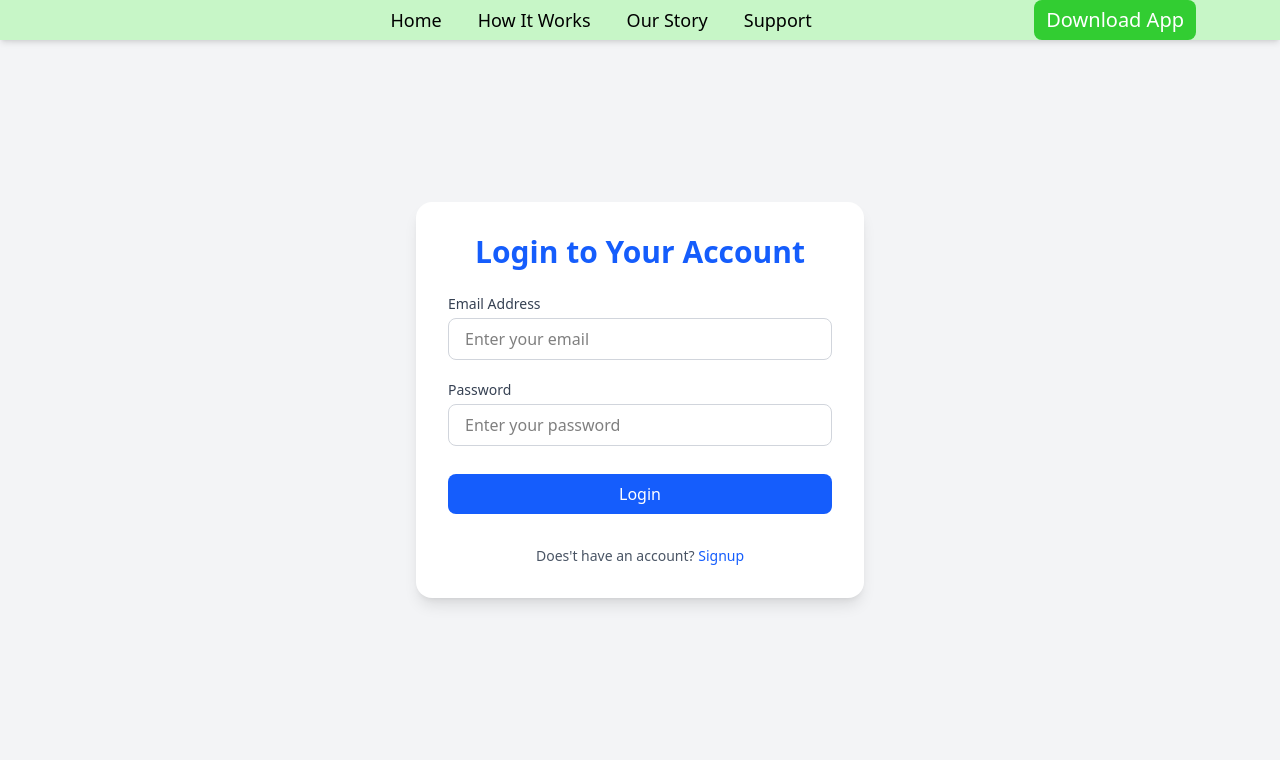
Repository: rushikesh-kolpe21/GigFlow
Page: / (app in frontend/)
The author's editor kept a copy of each file at every save. The page is drawn from the files as they stood at one save, then again after the next save.
The browser window is 1280 px wide. The pictures show the whole page.
The project was rebuilt for these pictures with package versions that can differ from the ones it lists, and the page was loaded fresh each time. Also part of the build but not shown: frontend/src/Landing/Auth/Signup.jsx, frontend/src/Landing/Home/LoggedIn.jsx.

Above is the page before, as saved 2026-01-12 07:27:49.

After the next save:
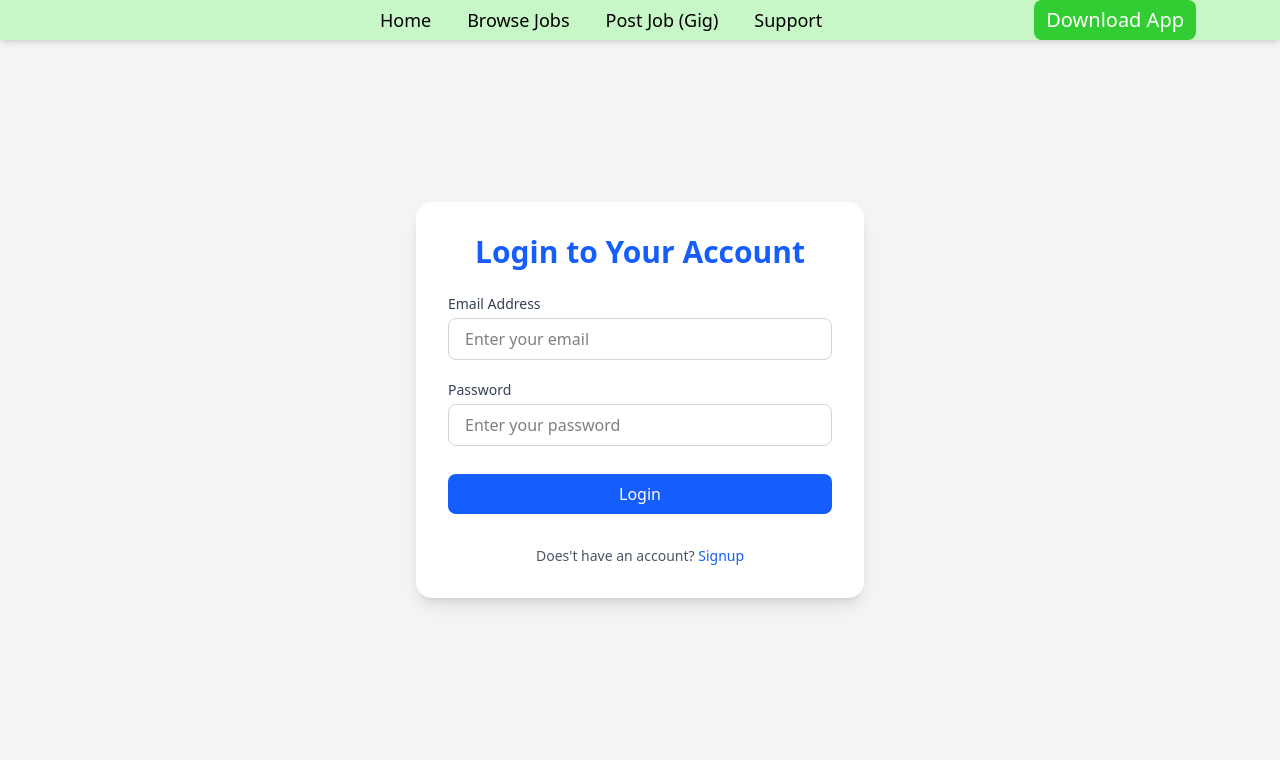
Saved 11 min 29 s later.
--- a/frontend/Navbar.jsx
+++ b/frontend/Navbar.jsx
@@ -13,8 +13,8 @@ export default function Navbar() {
 
   const navItems = [
     { label: "Home", path: "/" },
-    { label: "How It Works", path: "/work" },
-    { label: "Our Story", path: "/story" },
+    { label: "Browse Jobs", path: "/work" },
+    { label: "Post Job (Gig)", path: "/story" },
     { label: "Support", path: "/support" },
   ];
 
